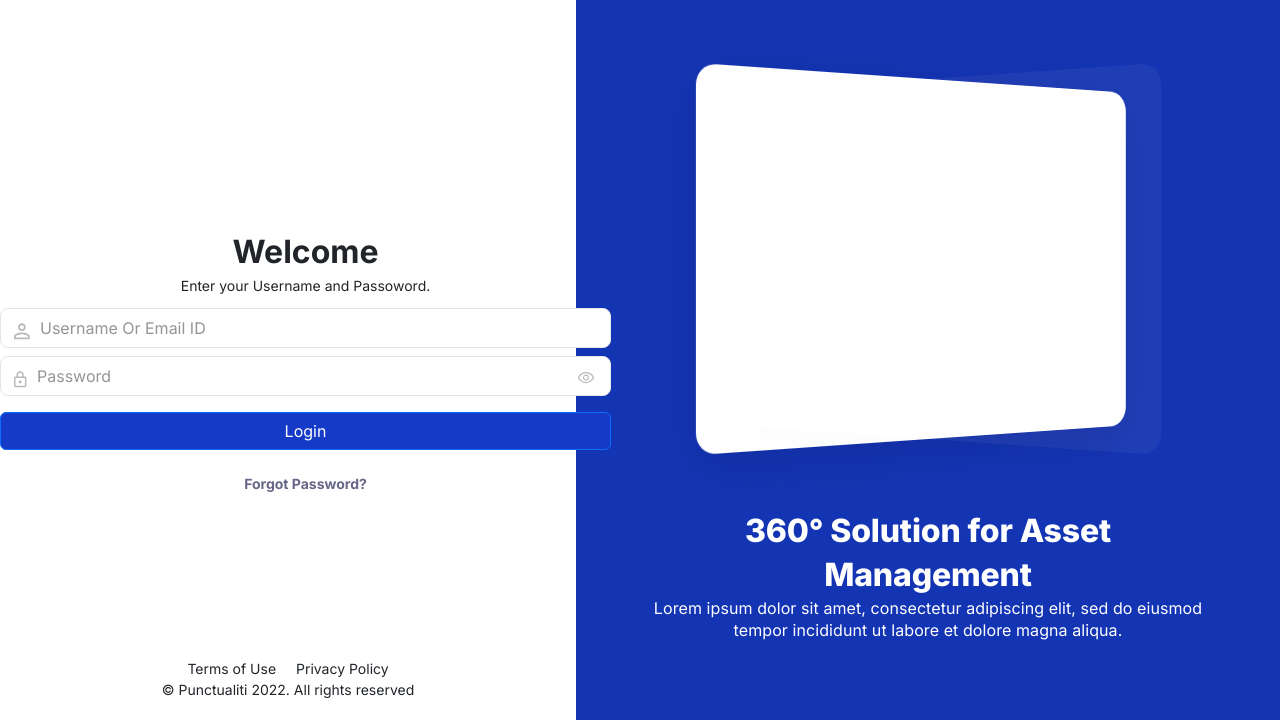
Repository: TauqeerHusain/Vouch-digital
Page: /
The author's editor kept a copy of each file at every save. The page is drawn from the files as they stood at one save, then again after the next save.
The browser window is 1280 px wide. The pictures show the whole page.
The project was rebuilt for these pictures with package versions that can differ from the ones it lists, and the page was loaded fresh each time. Also part of the build but not shown: src/styles/Dashboard.css, src/Components/Dashboard/Aside.js, src/Components/Dashboard/Board.js, src/Components/Dashboard/index.js, src/styles/AddClintNav.css, src/Components/AddClint/AddClintNav.js, src/Components/CreateProfile/CrContent.js, src/Components/CreateProfile/index.js and 14 more.

Above is the page before, as saved 2023-03-15 15:24:02.

After the next save:
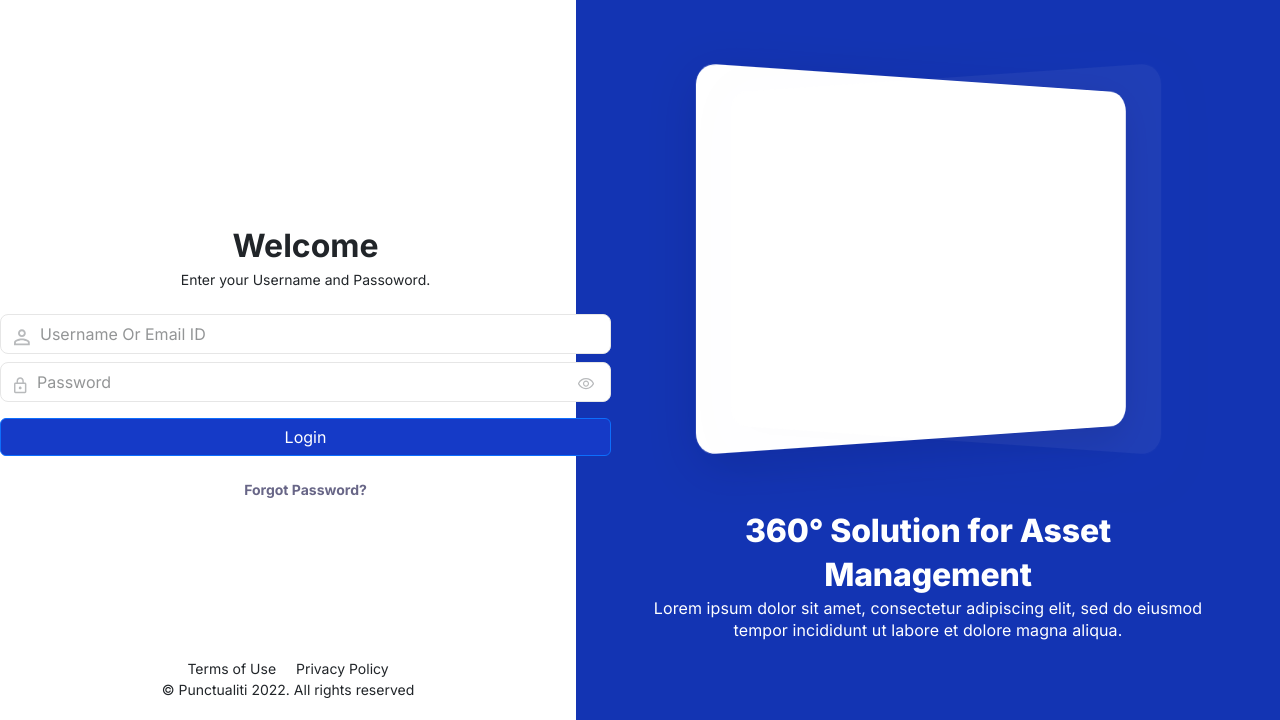
Saved 104 s later.
--- a/src/styles/LoginAct.css
+++ b/src/styles/LoginAct.css
@@ -57,7 +57,7 @@
     font-weight: 400;
     font-size: 14px;
     line-height: 20px;
-    margin-bottom: 12px;
+    margin-bottom: 24px;
 }
 
 .input-fild {
